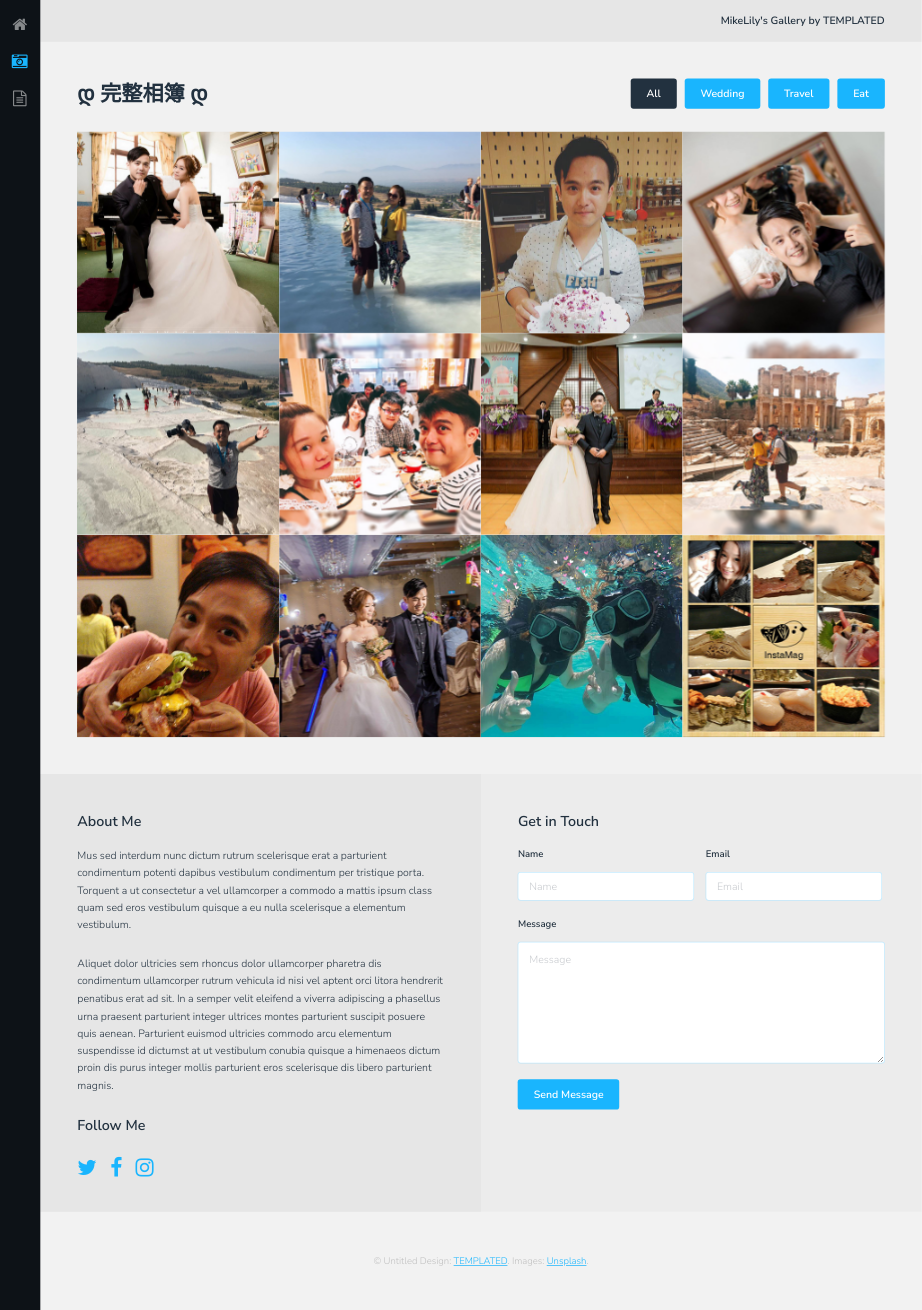
Repository: mikelily/lab
Page: Template HW/gallery.html
The author's editor kept a record of every edit. The page is drawn from the files as they stood at one moment, then again after the next edit.
The browser window is 1280 px wide. The pictures show the whole page, at 72% of full size.

Above is the page before.

After the next edit:
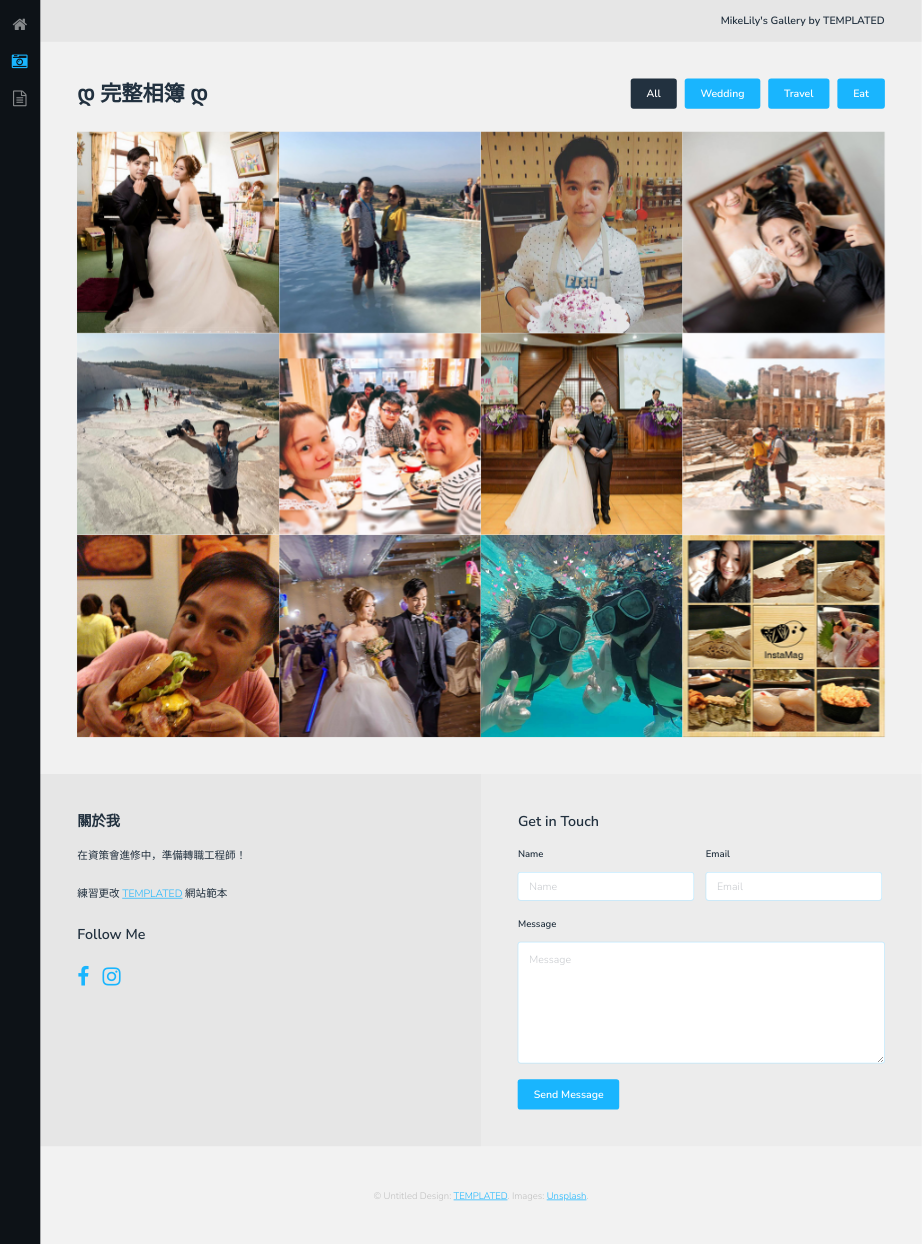
The edit:
--- a/Template HW/gallery.html
+++ b/Template HW/gallery.html
@@ -93,14 +93,13 @@
 						<section id="contact">
 							<!-- Social -->
 								<div class="social column">
-									<h3>About Me</h3>
-									<p>Mus sed interdum nunc dictum rutrum scelerisque erat a parturient condimentum potenti dapibus vestibulum condimentum per tristique porta. Torquent a ut consectetur a vel ullamcorper a commodo a mattis ipsum class quam sed eros vestibulum quisque a eu nulla scelerisque a elementum vestibulum.</p>
-									<p>Aliquet dolor ultricies sem rhoncus dolor ullamcorper pharetra dis condimentum ullamcorper rutrum vehicula id nisi vel aptent orci litora hendrerit penatibus erat ad sit. In a semper velit eleifend a viverra adipiscing a phasellus urna praesent parturient integer ultrices montes parturient suscipit posuere quis aenean. Parturient euismod ultricies commodo arcu elementum suspendisse id dictumst at ut vestibulum conubia quisque a himenaeos dictum proin dis purus integer mollis parturient eros scelerisque dis libero parturient magnis.</p>
+									<h3>關於我</h3>
+									<p>在資策會進修中，準備轉職工程師！</p>
+									<p>練習更改 <a href="https://templated.co">TEMPLATED</a> 網站範本</p>
 									<h3>Follow Me</h3>
 									<ul class="icons">
-										<li><a href="#" class="icon fa-twitter"><span class="label">Twitter</span></a></li>
-										<li><a href="#" class="icon fa-facebook"><span class="label">Facebook</span></a></li>
-										<li><a href="#" class="icon fa-instagram"><span class="label">Instagram</span></a></li>
+										<li><a href="https://www.facebook.com/mikelily" target="_blank" class="icon fa-facebook"><span class="label">Facebook</span></a></li>
+										<li><a href="https://www.instagram.com/ncueaul/" target="_blank" class="icon fa-instagram"><span class="label">Instagram</span></a></li>
 									</ul>
 								</div>
 
